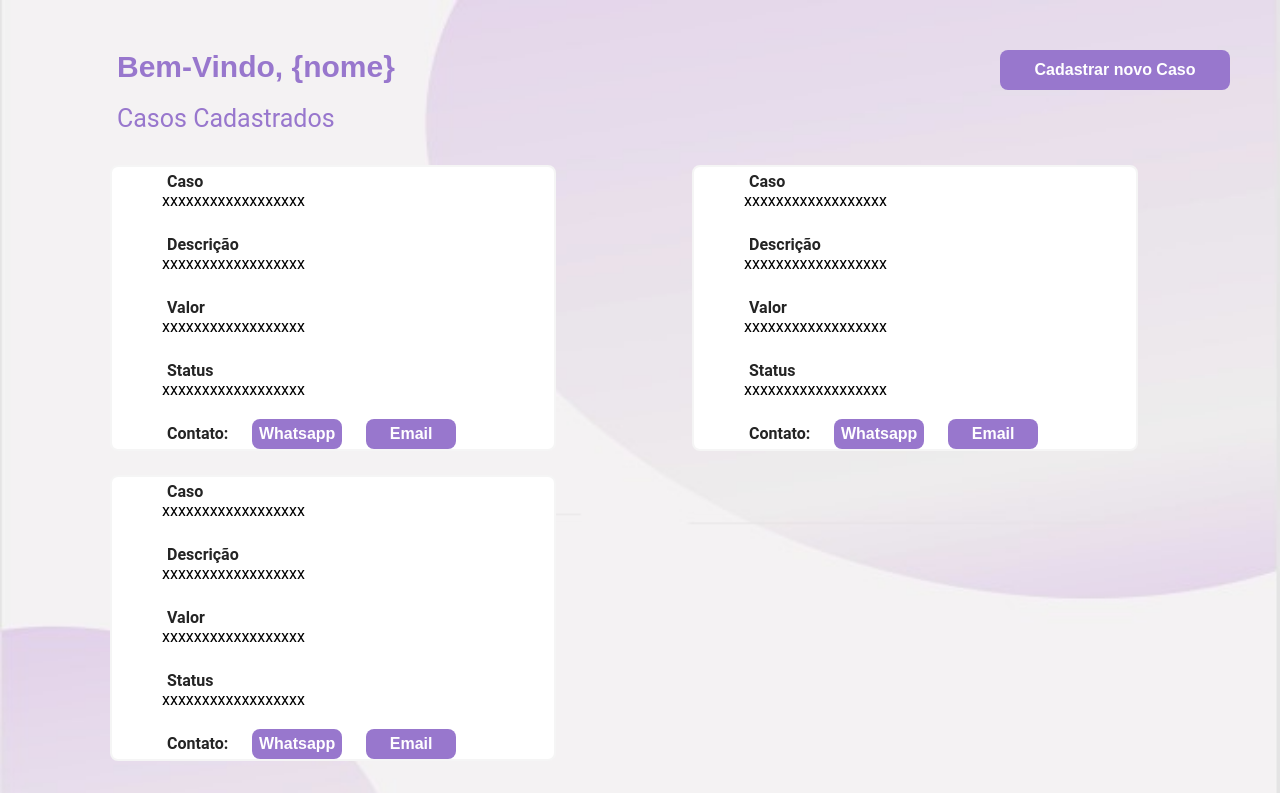
Repository: Dirlandia404/Casos
Page: src/pages/listaCasos.html
An editor plug-in stored every save of this project. The page is shown before and after the next save, followed by the edit.
The browser window is 1280 px wide. The pictures show the whole page.

Above is the page before, as saved 2021-07-16 22:32:49.

### src/pages/listaCasos.html
<!DOCTYPE html>
<html lang="en">
<head>
    <meta charset="UTF-8">
    <meta http-equiv="X-UA-Compatible" content="IE=edge">
    <meta name="viewport" content="width=device-width, initial-scale=1.0">
    <title>Casos Cadastrados</title>

    <link rel="stylesheet" href="/src/style/listaCasos.css">
    <link rel="stylesheet" href="/src/style/midia.css">
</head>
<body>
    <header>
        <h6>Bem-Vindo, {nome}</h6>

        <a href="/src/pages/casosConcluidos.html">
            <button>Cadastrar novo Caso</button>
        </a>

    </header>
    <p>Casos Cadastrados</p>


       <div id="box-casos">
           <ul>
               <li>
                   <div class="dados">
                       <strong>Caso </strong>
                       <h7>xxxxxxxxxxxxxxxxxx</h7>
                       <strong>Descrição</strong>
                       <h7>xxxxxxxxxxxxxxxxxx</h7>
                       <strong>Valor</strong>
                       <h7>xxxxxxxxxxxxxxxxxx</h7>
                       <strong>Status</strong>
                       <h7>xxxxxxxxxxxxxxxxxx</h7>
                       <div id="fieldset">
                           <strong>Contato:</strong>
                           <button>Whatsapp</button>
                           <button>Email</button>
                       </div>

                   </div>

               </li>

               <li>
                <div class="dados">
                    <strong>Caso </strong>
                    <h7>xxxxxxxxxxxxxxxxxx</h7>
                    <strong>Descrição</strong>
                    <h7>xxxxxxxxxxxxxxxxxx</h7>
                    <strong>Valor</strong>
                    <h7>xxxxxxxxxxxxxxxxxx</h7>
                    <strong>Status</strong>
                    <h7>xxxxxxxxxxxxxxxxxx</h7>
                    <div id="fieldset">
                        <strong>Contato:</strong>
                        <button>Whatsapp</button>
                        <button>Email</button>
                    </div>

                </div>

            </li>
            <li>
                <div class="dados">
                    <strong>Caso </strong>
                    <h7>xxxxxxxxxxxxxxxxxx</h7>
                    <strong>Descrição</strong>
                    <h7>xxxxxxxxxxxxxxxxxx</h7>
                    <strong>Valor</strong>
                    <h7>xxxxxxxxxxxxxxxxxx</h7>
                    <strong>Status</strong>
                    <h7>xxxxxxxxxxxxxxxxxx</h7>
                    <div id="fieldset">
                        <strong>Contato:</strong>
                        <button>Whatsapp</button>
                        <button>Email</button>
                    </div>

                </div>

            </li>

           </ul>

       </div>

</body>
</html>

### src/style/listaCasos.css
header h6{
    margin-top: 50px;
    margin-left: 117px;
    margin-bottom: 20px;
    font-size: 30px;
    color: #9877CD;
}

header{
    display: flex;
    justify-content: space-between;

}

p{
    margin-left: 117px;

    font-size: 25px;
    color: #9877CD;
}

header a button{
    width: 230px;
    height: 40px;
    background-color: #9877CD;
    border-radius: 8px;
    color: white;
    font-weight: bold;
    font-size: 16px;
    border: 0;
    margin-left: 160px;
    margin-right: 50px;
    margin-top: 50px;
    transition: 400ms;
}


#box-casos{
    width: 100%;
    padding: 0 30px;
    margin: 32px auto;
}

#box-casos .dados{
    display: flex;
    flex-direction: column;
    width: 70%;
}
#box-casos ul{
    margin-left: 80px;
    display: grid;
    grid-template-columns: 1fr 1fr;
    grid-gap: 24px;
    list-style: none;
}


#box-casos ul li{
    background-color: white;
    border: 2px solid  #f5f5f5;
    border-radius: 8px;
    height: 100%;
    width: 80%;
    font-size: 16px;
}

#box-casos ul li strong{
    margin-top: 5px;
    font-size: 15px;
    margin-left: 5px;
}

#box-casos ul li strong{
    color: #242424;
    font-size: 16px;
    font-style: bold;
}

h7{
    margin-bottom: 20px;
}

.dados{

    margin-left: 50px;

    display: flex;
    justify-content: space-between;
}

#fieldset button{
    width: 90px;
    height: 30px;
    background-color: #9877CD;
    border-radius: 8px;
    color: white;
    font-weight: bold;
    font-size: 16px;
    border: 0;
    margin-left: 20px;


}

### src/style/midia.css
@media(max-width: 900px){
    #page-home{
        background-position-x: 70vw;
    }
    #page-home .content{
        align-items: center;
        text-align: center;

    }

    #page-home main{
        align-items: center;
    }

}
@media(min-width:1700px){
    #page-home, #page-login{
        background-position-x: 40vw;
    }

}
@media(max-height:760px){
    #page-home, #page-login{
        background-position-y: 200px;
    }
}

*{
    margin: 0;
    padding: 0;
    box-sizing: border-box;
}
html{
    font-family: 'Roboto', sans-serif;

}
body{
    background: #E5E5E5;
    -webkit-font-smoothing: antialiased;
    background-image: url("/public/fundo.jpeg");

    background-repeat: no-repeat;
    background-size:cover;

}

a{
    text-decoration: none;

}
a:hover{
    text-decoration: underline;
}
h1, h2, h3,h4, h5, h6{
    font-family: sans-serif;
}

After the next save:
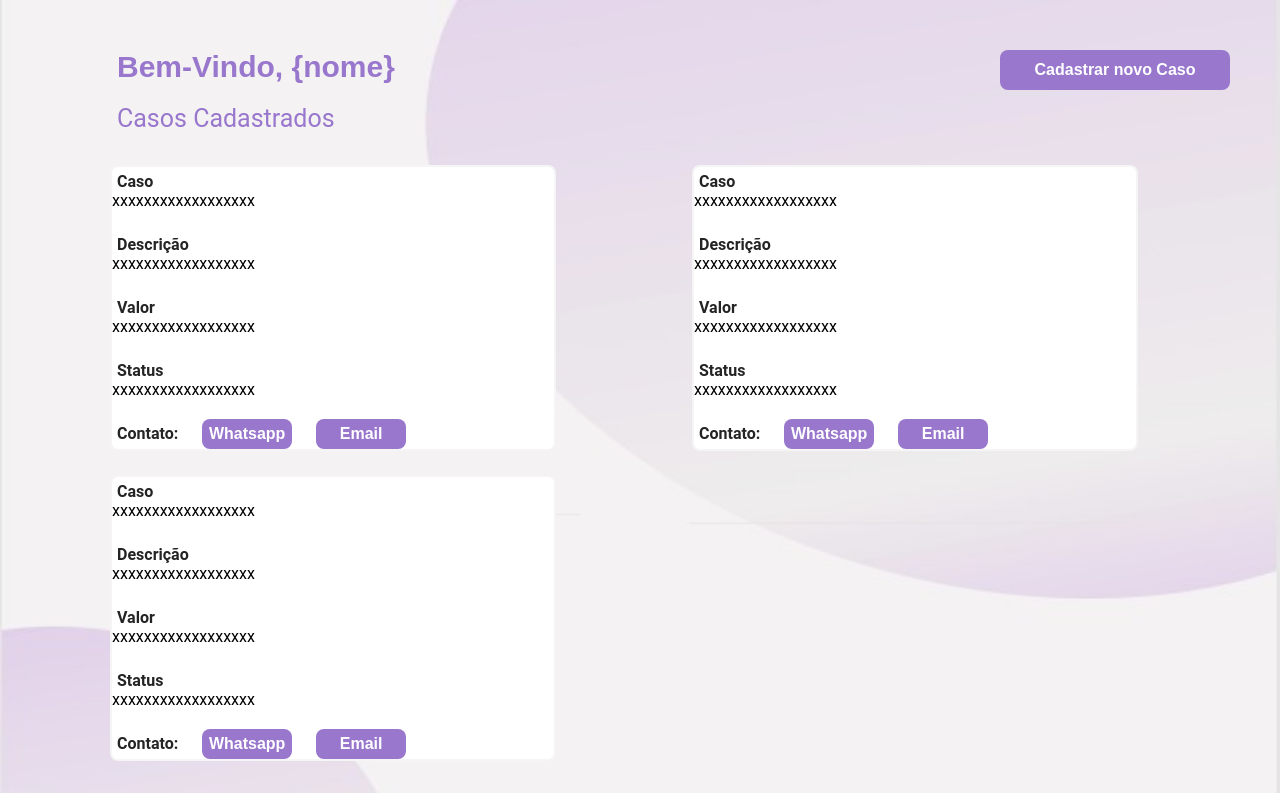
Saved 45 s later.
--- a/src/style/listaCasos.css
+++ b/src/style/listaCasos.css
@@ -82,8 +82,6 @@ h7{
 
 .dados{
 
-    margin-left: 50px;
-
     display: flex;
     justify-content: space-between;
 }
